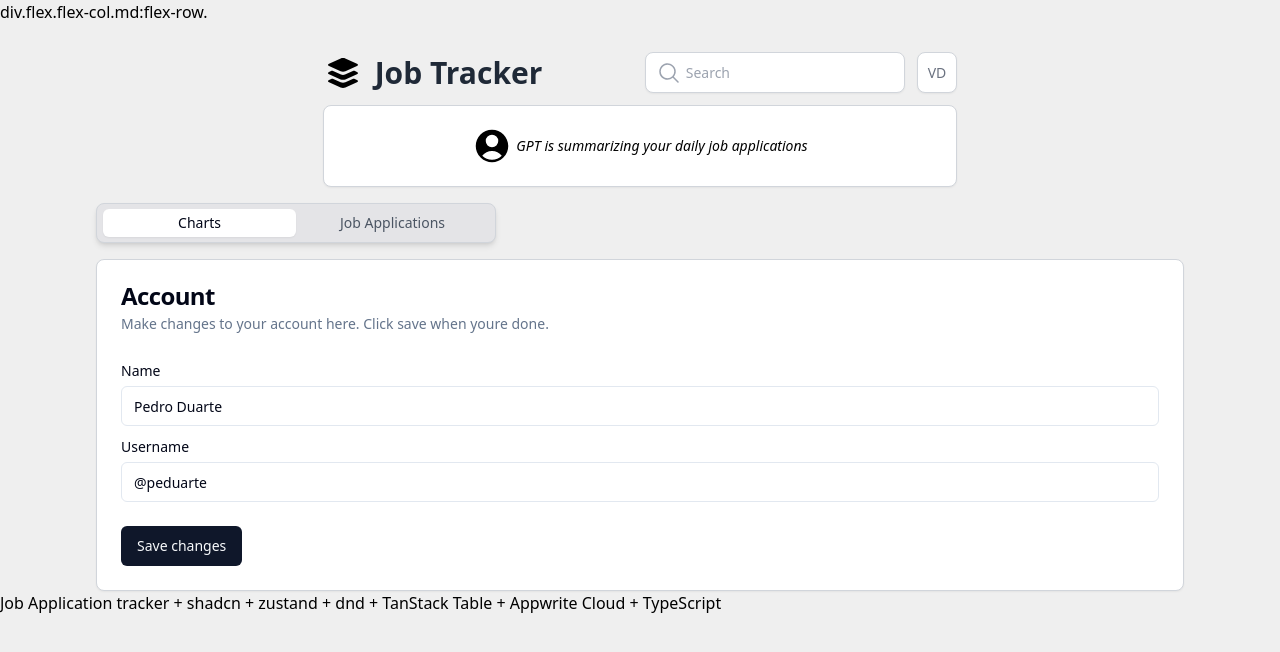
Repository: Vasil1001/job-applications-tracker-nextjs
Page: /
These files come from the project's save history. The page is drawn as it stood at one moment and after the next save; the edit follows.
The browser window is 1280 px wide. The pictures show the whole page.
The project was rebuilt for these pictures with package versions that can differ from the ones it lists, and the page was loaded fresh each time. The framework's server and built-in components were replaced by stand-ins that run in the browser. Also part of the build but not shown: next.config.js.

Above is the page before, as saved 2023-06-24 19:44:55.

### app/layout.tsx
import "./globals.css";
import { Inter } from "next/font/google";

const inter = Inter({ subsets: ["latin"] });

export const metadata = {
  title: "Job Tracker",
  description: "Generated by create next app",
};

export default function RootLayout({
  children,
}: {
  children: React.ReactNode;
}) {
  return (
    <html lang="en">
      <body  suppressHydrationWarning={true} className="bg-[#efefef] inter">{children}</body>
    </html>
  );
}

### app/page.tsx
import Header from "@/components/Header";
import Image from "next/image";

export default function Home() {
  return (
    <main className="flex min-h-screen max-w-screen flex-col justify-between mx-auto ">
      {/* Header Component */}
      <Header />

      {/* Board dnd Component */}

    </main>
  );
}

### components/Header.tsx
"use client";
import { Search } from "lucide-react";
import React from "react";
import SearchBar from "./navbar/SearchBar";
import { IoIosApps } from "react-icons/io";
import { RiSendPlaneLine } from "react-icons/ri";
import { BiNotepad } from "react-icons/bi";
import Image from "next/image";
import { MagnifyingGlassIcon, UserCircleIcon } from "@heroicons/react/24/solid";
import { FiUser } from "react-icons/fi";
import { HiMagnifyingGlass } from "react-icons/hi2";
import Navbar from "./navbar/Navbar";
import Avatar from "react-avatar";
import JobChartsTab from "./ui/JobChartsTab";

export default function Header() {
  return (
    <header className="">
        div.flex.flex-col.md:flex-row.
      <Navbar />

      <JobChartsTab />
      <h1>
        Job Application tracker + shadcn + zustand + dnd + TanStack Table +
        Appwrite Cloud + TypeScript
      </h1>
    </header>
  );
}

### components/navbar/Navbar.tsx
import React from "react";
import SearchBar from "./SearchBar";
import { IoIosApps } from "react-icons/io";
import { HiMagnifyingGlass } from "react-icons/hi2";
import { UserCircleIcon } from "@heroicons/react/24/solid";

export default function Navbar() {
  return (
    <div className="bg-[#efefef] px-7 pt-7 xl:px-24 transition-all ">
      <div className="xl:w-7/12 mx-auto">
        <div className="flex flex-col md:flex-row items-center transition-all ">
          {/* <Navbar /> */}
          {/* <Image
          src="https://links.papareact.com/c2cdd5"
          alt="Logo"
          width={300}
          height={100}
          className="w-44 md:w-56 pb-10 md:pb-0 object-contain"
        /> */}
          {/* Logo */}
          <div className="flex items-center font-bold text-3xl mb-3 md:mb-0">
            <IoIosApps size={40} className="mr-3" />
            <span className="text-gray-800">Job Tracker</span>
          </div>

          {/* Search input, button and profile */}
          <div className="flex items-center gap-3 flex-1 justify-end w-full">
            <form className=" flex items-center justify-center  flex-1 md:flex-initial transition-all">
              <div className="relative  flex-1 md:flex-initial">
                <span className="absolute inset-y-0 left-0 flex items-center pl-3">
                  <HiMagnifyingGlass className="w-6 h-6 text-gray-400" />
                </span>
                <div className="flex gap-3 h-full">
                  <input
                    type="text"
                    className="w-full flex-1 h-full py-2.5 pl-10 pr-4 border shadow-sm focus-visible:outline-none focus-visible:ring-1 focus:ring-gray-400 text-black bg-white border-gray-300 text-sm rounded-lg hover:border-gray-300 placeholder:text-gray-400 focus:placeholder:text-gray-500"
                    placeholder="Search"
                  />
                  <div className="border flex px-2.5 items-center justify-center shadow-sm focus-visible:outline-none focus-visible:ring-1 focus:ring-gray-400 bg-white text-gray-500 border-gray-300 text-sm rounded-lg hover:border-gray-300">
                    VD
                  </div>
                </div>
              </div>
              <button hidden> Search</button>
            </form>
          </div>
        </div>

        <div className="flex w-full flex-1 mb-1 md:justify-end mt-3">
          <p className="flex flex-1 items-center justify-center text-sm font-light pr-5 shadow-sm rounded-lg p-5 w-fit bg-white italic border border-gray-300 hover:border-gray-300">
            <UserCircleIcon className=" inline-block h-10 w-10 mr-1" />
            GPT is summarizing your daily job applications
          </p>
        </div>
      </div>
    </div>
  );
}

### components/ui/JobChartsTab.tsx
import { Button } from "@/components/ui/button";
import {
  Card,
  CardContent,
  CardDescription,
  CardFooter,
  CardHeader,
  CardTitle,
} from "@/components/ui/card";
import { Input } from "@/components/ui/input";
import { Label } from "@/components/ui/label";
import { Tabs, TabsContent, TabsList, TabsTrigger } from "@/components/ui/tabs";
export default function JobChartsTab() {
  return (
    <div className="px-7 pt-3 xl:px-24 transition-all bg-[#efefef]">
      <Tabs defaultValue="account" className="">
        <TabsList className="grid grid-cols-2 w-[400px] border border-gray-300">
          <TabsTrigger className="" value="account">Charts</TabsTrigger>
          <TabsTrigger className="" value="password">Job Applications</TabsTrigger>
        </TabsList>
        <TabsContent value="account">
          <Card>
            <CardHeader>
              <CardTitle>Account</CardTitle>
              <CardDescription>
                Make changes to your account here. Click save when youre done.
              </CardDescription>
            </CardHeader>
            <CardContent className="space-y-2">
              <div className="space-y-1">
                <Label htmlFor="name">Name</Label>
                <Input id="name" defaultValue="Pedro Duarte" />
              </div>
              <div className="space-y-1">
                <Label htmlFor="username">Username</Label>
                <Input id="username" defaultValue="@peduarte" />
              </div>
            </CardContent>
            <CardFooter>
              <Button>Save changes</Button>
            </CardFooter>
          </Card>
        </TabsContent>
        <TabsContent value="password">
          <Card>
            <CardHeader>
              <CardTitle>Password</CardTitle>
              <CardDescription>
                Change your password here. After saving, yoll be logged out.
              </CardDescription>
            </CardHeader>
            <CardContent className="space-y-2">
              <div className="space-y-1">
                <Label htmlFor="current">Current password</Label>
                <Input id="current" type="password" />
              </div>
              <div className="space-y-1">
                <Label htmlFor="new">New password</Label>
                <Input id="new" type="password" />
              </div>
            </CardContent>
            <CardFooter>
              <Button>Save password</Button>
            </CardFooter>
          </Card>
        </TabsContent>
      </Tabs>
    </div>
  );
}

### components/ui/button.tsx
import * as React from "react"
import { Slot } from "@radix-ui/react-slot"
import { cva, type VariantProps } from "class-variance-authority"

import { cn } from "@/lib/utils"

const buttonVariants = cva(
  "inline-flex items-center justify-center rounded-md text-sm font-medium ring-offset-white transition-colors focus-visible:outline-none focus-visible:ring-2 focus-visible:ring-slate-400 focus-visible:ring-offset-2 disabled:pointer-events-none disabled:opacity-50 dark:ring-offset-slate-950 dark:focus-visible:ring-slate-800",
  {
    variants: {
      variant: {
        default: "bg-slate-900 text-slate-50 hover:bg-slate-900/90 dark:bg-slate-50 dark:text-slate-900 dark:hover:bg-slate-50/90",
        destructive:
          "bg-red-500 text-slate-50 hover:bg-red-500/90 dark:bg-red-900 dark:text-red-50 dark:hover:bg-red-900/90",
        outline:
          "border border-slate-200 bg-white hover:bg-slate-100 hover:text-slate-900 dark:border-slate-800 dark:bg-slate-950 dark:hover:bg-slate-800 dark:hover:text-slate-50",
        secondary:
          "bg-slate-100 text-slate-900 hover:bg-slate-100/80 dark:bg-slate-800 dark:text-slate-50 dark:hover:bg-slate-800/80",
        ghost: "hover:bg-slate-100 hover:text-slate-900 dark:hover:bg-slate-800 dark:hover:text-slate-50",
        link: "text-slate-900 underline-offset-4 hover:underline dark:text-slate-50",
      },
      size: {
        default: "h-10 px-4 py-2",
        sm: "h-9 rounded-md px-3",
        lg: "h-11 rounded-md px-8",
        icon: "h-10 w-10",
      },
    },
    defaultVariants: {
      variant: "default",
      size: "default",
    },
  }
)

export interface ButtonProps
  extends React.ButtonHTMLAttributes<HTMLButtonElement>,
    VariantProps<typeof buttonVariants> {
  asChild?: boolean
}

const Button = React.forwardRef<HTMLButtonElement, ButtonProps>(
  ({ className, variant, size, asChild = false, ...props }, ref) => {
    const Comp = asChild ? Slot : "button"
    return (
      <Comp
        className={cn(buttonVariants({ variant, size, className }))}
        ref={ref}
        {...props}
      />
    )
  }
)
Button.displayName = "Button"

export { Button, buttonVariants }

### components/ui/card.tsx
import * as React from "react"

import { cn } from "@/lib/utils"

const Card = React.forwardRef<
  HTMLDivElement,
  React.HTMLAttributes<HTMLDivElement>
>(({ className, ...props }, ref) => (
  <div
    ref={ref}
    className={cn(
      "rounded-lg border border-gray-300 bg-white text-slate-950 shadow-sm dark:border-slate-800 dark:bg-slate-950 dark:text-slate-50",
      className
    )}
    {...props}
  />
))
Card.displayName = "Card"

const CardHeader = React.forwardRef<
  HTMLDivElement,
  React.HTMLAttributes<HTMLDivElement>
>(({ className, ...props }, ref) => (
  <div
    ref={ref}
    className={cn("flex flex-col space-y-1.5 p-6", className)}
    {...props}
  />
))
CardHeader.displayName = "CardHeader"

const CardTitle = React.forwardRef<
  HTMLParagraphElement,
  React.HTMLAttributes<HTMLHeadingElement>
>(({ className, ...props }, ref) => (
  <h3
    ref={ref}
    className={cn(
      "text-2xl font-semibold leading-none tracking-tight",
      className
    )}
    {...props}
  />
))
CardTitle.displayName = "CardTitle"

const CardDescription = React.forwardRef<
  HTMLParagraphElement,
  React.HTMLAttributes<HTMLParagraphElement>
>(({ className, ...props }, ref) => (
  <p
    ref={ref}
    className={cn("text-sm text-slate-500 dark:text-slate-400", className)}
    {...props}
  />
))
CardDescription.displayName = "CardDescription"

const CardContent = React.forwardRef<
  HTMLDivElement,
  React.HTMLAttributes<HTMLDivElement>
>(({ className, ...props }, ref) => (
  <div ref={ref} className={cn("p-6 pt-0", className)} {...props} />
))
CardContent.displayName = "CardContent"

const CardFooter = React.forwardRef<
  HTMLDivElement,
  React.HTMLAttributes<HTMLDivElement>
>(({ className, ...props }, ref) => (
  <div
    ref={ref}
    className={cn("flex items-center p-6 pt-0", className)}
    {...props}
  />
))
CardFooter.displayName = "CardFooter"

export { Card, CardHeader, CardFooter, CardTitle, CardDescription, CardContent }

### components/ui/input.tsx
import * as React from "react"

import { cn } from "@/lib/utils"

export interface InputProps
  extends React.InputHTMLAttributes<HTMLInputElement> {}

const Input = React.forwardRef<HTMLInputElement, InputProps>(
  ({ className, type, ...props }, ref) => {
    return (
      <input
        type={type}
        className={cn(
          "flex h-10 w-full rounded-md border border-slate-200 border-slate-200 bg-white px-3 py-2 text-sm ring-offset-white file:border-0 file:bg-transparent file:text-sm file:font-medium placeholder:text-slate-500 focus-visible:outline-none focus-visible:ring-2 focus-visible:ring-slate-400 focus-visible:ring-offset-2 disabled:cursor-not-allowed disabled:opacity-50 dark:border-slate-800 dark:border-slate-800 dark:bg-slate-950 dark:ring-offset-slate-950 dark:placeholder:text-slate-400 dark:focus-visible:ring-slate-800",
          className
        )}
        ref={ref}
        {...props}
      />
    )
  }
)
Input.displayName = "Input"

export { Input }

### components/ui/label.tsx
import * as React from "react"
import * as LabelPrimitive from "@radix-ui/react-label"
import { cva, type VariantProps } from "class-variance-authority"

import { cn } from "@/lib/utils"

const labelVariants = cva(
  "text-sm font-medium leading-none peer-disabled:cursor-not-allowed peer-disabled:opacity-70"
)

const Label = React.forwardRef<
  React.ElementRef<typeof LabelPrimitive.Root>,
  React.ComponentPropsWithoutRef<typeof LabelPrimitive.Root> &
    VariantProps<typeof labelVariants>
>(({ className, ...props }, ref) => (
  <LabelPrimitive.Root
    ref={ref}
    className={cn(labelVariants(), className)}
    {...props}
  />
))
Label.displayName = LabelPrimitive.Root.displayName

export { Label }

### components/ui/tabs.tsx
import * as React from "react"
import * as TabsPrimitive from "@radix-ui/react-tabs"

import { cn } from "@/lib/utils"

const Tabs = TabsPrimitive.Root

const TabsList = React.forwardRef<
  React.ElementRef<typeof TabsPrimitive.List>,
  React.ComponentPropsWithoutRef<typeof TabsPrimitive.List>
>(({ className, ...props }, ref) => (
  <TabsPrimitive.List
    ref={ref}
    className={cn(
      "inline-flex h-10 items-center justify-center rounded-lg shadow-md mb-4 bg-zinc-200 p-1 px-1.5 text-gray-600 dark:bg-slate-800 dark:text-slate-400",
      className
    )}
    {...props}
  />
))
TabsList.displayName = TabsPrimitive.List.displayName

const TabsTrigger = React.forwardRef<
  React.ElementRef<typeof TabsPrimitive.Trigger>,
  React.ComponentPropsWithoutRef<typeof TabsPrimitive.Trigger>
>(({ className, ...props }, ref) => (
  <TabsPrimitive.Trigger
    ref={ref}
    className={cn(
      "inline-flex items-center justify-center whitespace-nowrap rounded-md px-3 py-1 text-sm font-medium ring-offset-white transition-all focus-visible:outline-none focus-visible:ring-2 focus-visible:ring-slate-400 focus-visible:ring-offset-2 disabled:pointer-events-none disabled:opacity-50 data-[state=active]:bg-white data-[state=active]:text-slate-950 data-[state=active]:shadow-sm dark:ring-offset-slate-950 dark:focus-visible:ring-slate-800 dark:data-[state=active]:bg-slate-950 dark:data-[state=active]:text-slate-50",
      className
    )}
    {...props}
  />
))
TabsTrigger.displayName = TabsPrimitive.Trigger.displayName

const TabsContent = React.forwardRef<
  React.ElementRef<typeof TabsPrimitive.Content>,
  React.ComponentPropsWithoutRef<typeof TabsPrimitive.Content>
>(({ className, ...props }, ref) => (
  <TabsPrimitive.Content
    ref={ref}
    className={cn(
      "mt-2 ring-offset-white focus-visible:outline-none focus-visible:ring-2 focus-visible:ring-slate-400 focus-visible:ring-offset-2 dark:ring-offset-slate-950 dark:focus-visible:ring-slate-800",
      className
    )}
    {...props}
  />
))
TabsContent.displayName = TabsPrimitive.Content.displayName

export { Tabs, TabsList, TabsTrigger, TabsContent }

### tailwind.config.js
/** @type {import('tailwindcss').Config} */
module.exports = {
  darkMode: ["class"],
  content: [
    "./pages/**/*.{ts,tsx}",
    "./components/**/*.{ts,tsx}",
    "./app/**/*.{ts,tsx}",
    "./src/**/*.{ts,tsx}",
  ],
  theme: {
    container: {
      center: true,
      padding: "2rem",
      screens: {
        "2xl": "1400px",
      },
    },
    extend: {
      keyframes: {
        "accordion-down": {
          from: { height: 0 },
          to: { height: "var(--radix-accordion-content-height)" },
        },
        "accordion-up": {
          from: { height: "var(--radix-accordion-content-height)" },
          to: { height: 0 },
        },
      },
      animation: {
        "accordion-down": "accordion-down 0.2s ease-out",
        "accordion-up": "accordion-up 0.2s ease-out",
      },
      fontFamily: {
        supreme: ["Supreme", "sans-serif"],
        satoshi: ["Satoshi", "sans-serif"],
        outfit: ["Outfit, sans-serif"],
        generalsans: ["General Sans", "sans-serif"],
        chillax: ["Chillax", "sans-serif"],
        inter: ["Inter", "sans-serif"],
        noto: ["Noto Sans", "sans-serif"],
      },
    },
  },
  plugins: [require("tailwindcss-animate")],
};

Loaded but not shown: app/globals.css (common file); lib/utils.ts (common file)

After the next save:
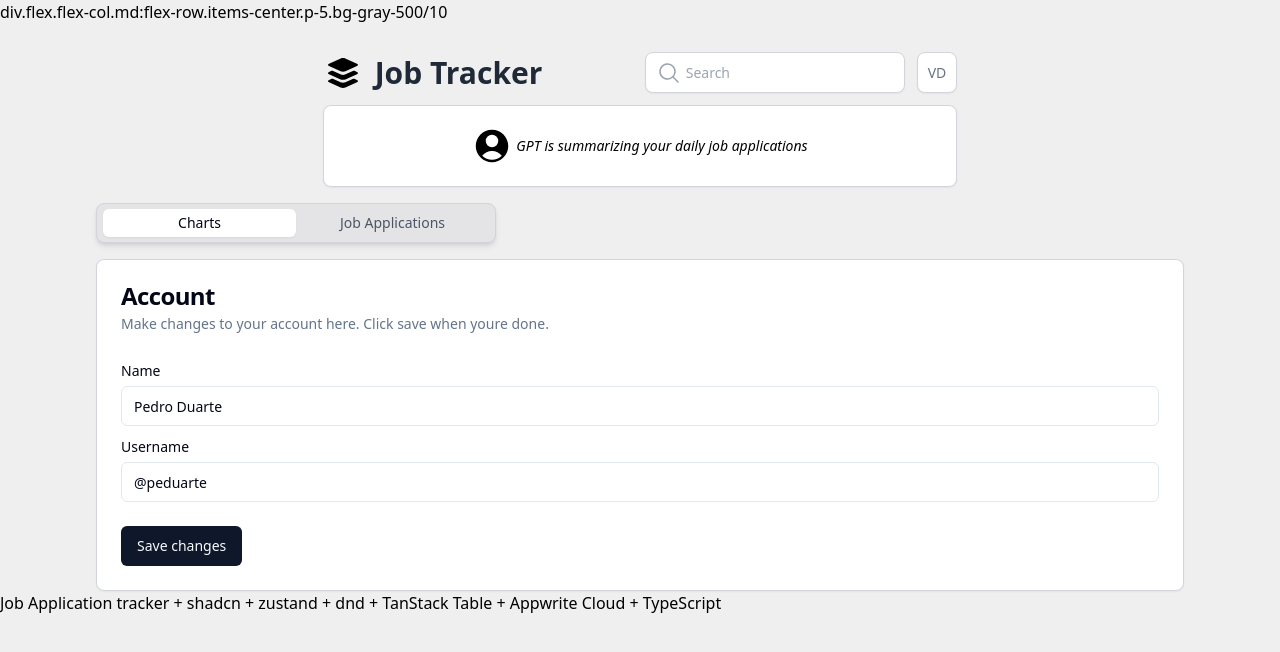
Saved 9 s later.
--- a/components/Header.tsx
+++ b/components/Header.tsx
@@ -16,7 +16,7 @@ import JobChartsTab from "./ui/JobChartsTab";
 export default function Header() {
   return (
     <header className="">
-        div.flex.flex-col.md:flex-row.
+        div.flex.flex-col.md:flex-row.items-center.p-5.bg-gray-500/10
       <Navbar />
 
       <JobChartsTab />
